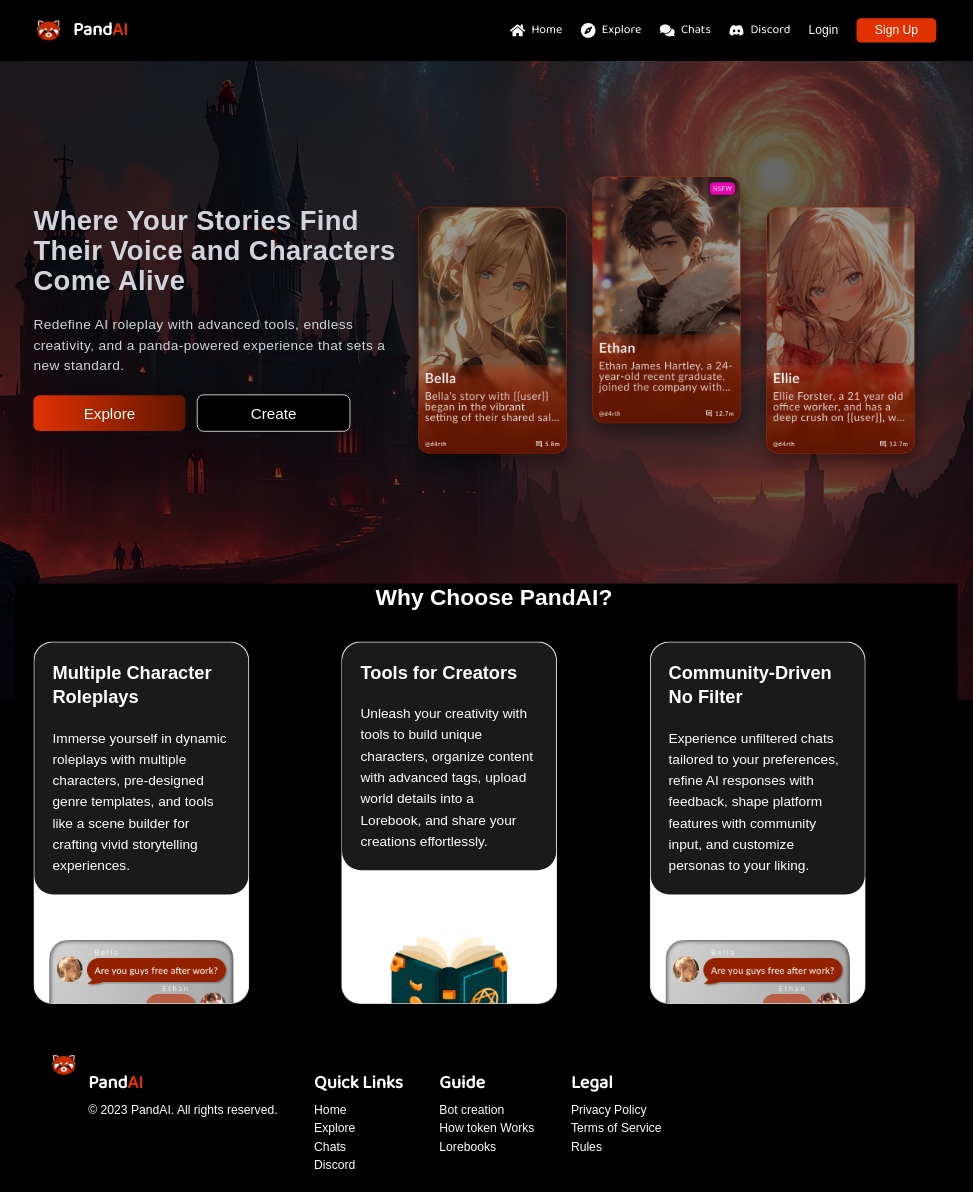
Repository: PandamoniumAI/Pandamonium
Page: /preview
An editor plug-in stored every save of this project. The page is shown before and after a run of saves, followed by the edit.
The browser window is 1280 px wide. The pictures show the whole page, at 76% of full size.
Some web libraries are served in a nearby version. The project was rebuilt for these pictures with package versions that can differ from the ones it lists, and the page was loaded fresh each time. Also part of the build but not shown: vite.config.js, src/Utils/Utils.js, src/Components/SearchBar/SearchBar.jsx, src/Components/CSS/CharacterCard.css, src/Components/CharacterCard/CharacterCard.jsx, src/Components/CSS/CharacterCardModal.css, src/Components/CharacterCardModal/CharacterCardModal.jsx, src/Components/CSS/Tags.css and 15 more.

Above is the page before, as saved 2025-01-01 21:29:37.

After the next 2 saves:
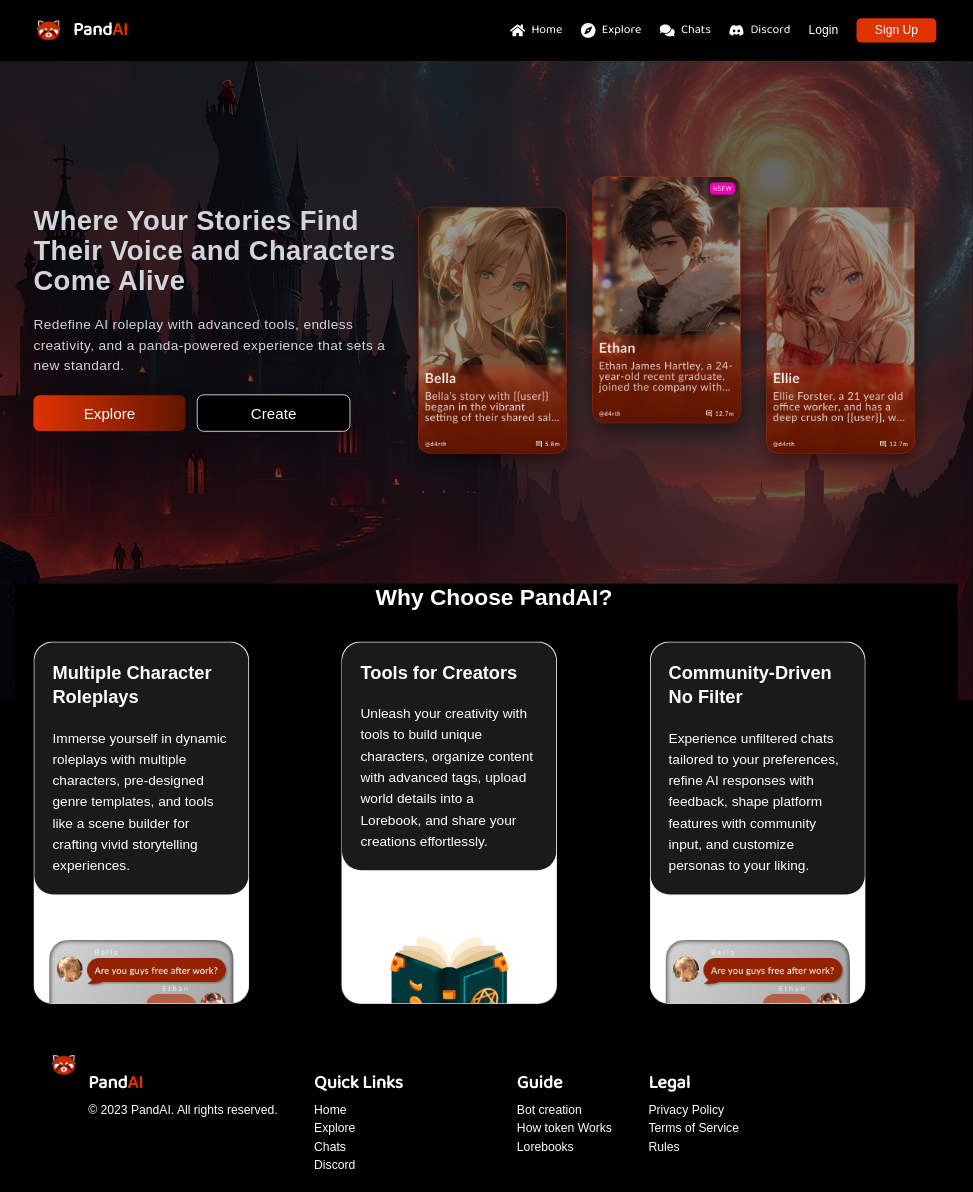
The 2 saves are shown as one change because they came seconds apart.
The last was saved 20 s later.
--- a/src/Preview/Preview.jsx
+++ b/src/Preview/Preview.jsx
@@ -170,7 +170,7 @@
     </p>
   </div>
 
-  <div className="Quicklinks mr-12 mt-6">
+  <div className="Quicklinks mr-[150px] mt-6">
     <h1 className="text-2xl font-bold font-baloo text-white">Quick Links</h1>
     <ul className="list-none pl-0 mt-2">
       <li className="text-white hover:text-[#E03201] transition">
